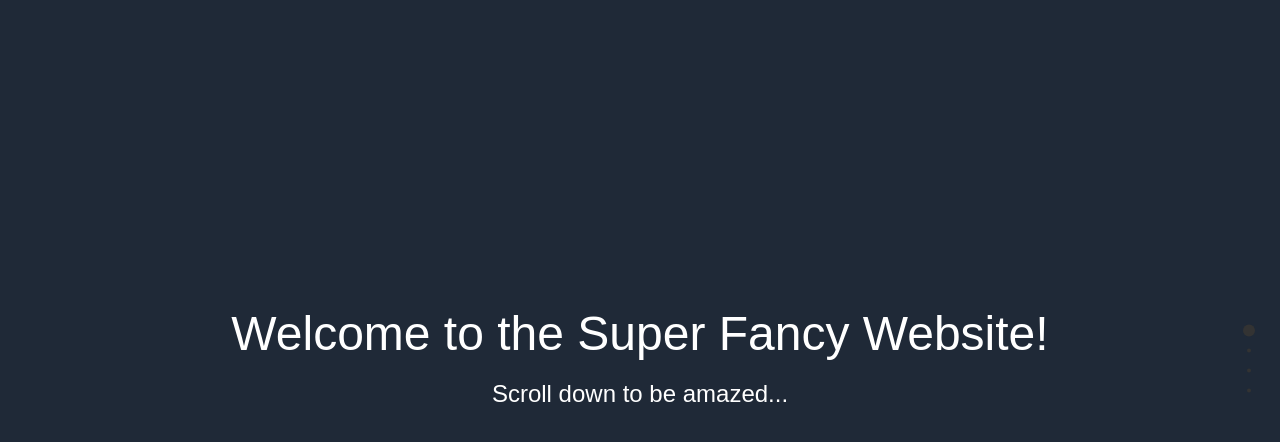
Repository: iamlite/comp210website
Page: index.html
The author's editor kept a copy of each file at every save. The page is drawn from the files as they stood at one save, then again after the next save.
The browser window is 1280 px wide. The pictures show the whole page.

Above is the page before, as saved 2024-06-18 13:35:52.

After the next save:
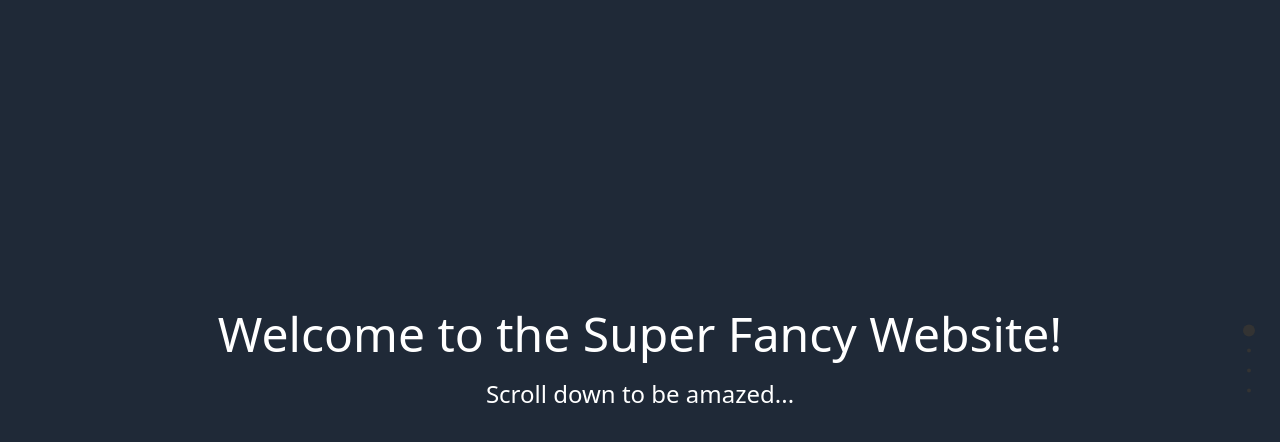
Saved 2 min 37 s later.
--- a/index.html
+++ b/index.html
@@ -14,11 +14,6 @@
     <link href="https://unpkg.com/aos@2.3.1/dist/aos.css" rel="stylesheet">
     <!-- Typed.js -->
     <script src="https://cdn.jsdelivr.net/npm/typed.js@2.0.12"></script>
-    <style>
-        body {
-            font-family: 'Arial', sans-serif;
-        }
-    </style>
 </head>
 <body class="bg-gray-900 text-white">
     <div id="fullpage">
